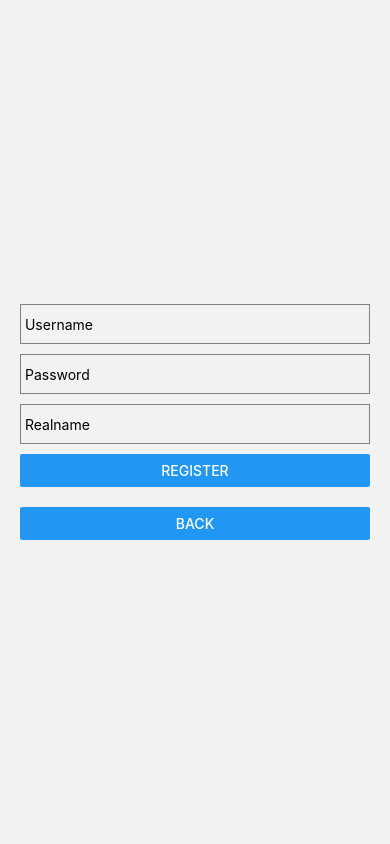
Repository: RidenShogunei/reactnative--make-an-app
Screen: /register (app in Myapp/)
These files come from the project's save history. The screen is drawn as it stood at one moment and after the next save; the edit follows.
The app was drawn by React Native's web renderer in a window 390 px wide. The project was rebuilt for these pictures with package versions that can differ from the ones it lists, and the page was loaded fresh each time. Also part of the build but not shown: Myapp/pages/main.jsx.

Above is the screen before, as saved 2024-04-20 20:50:12.

After the next save:
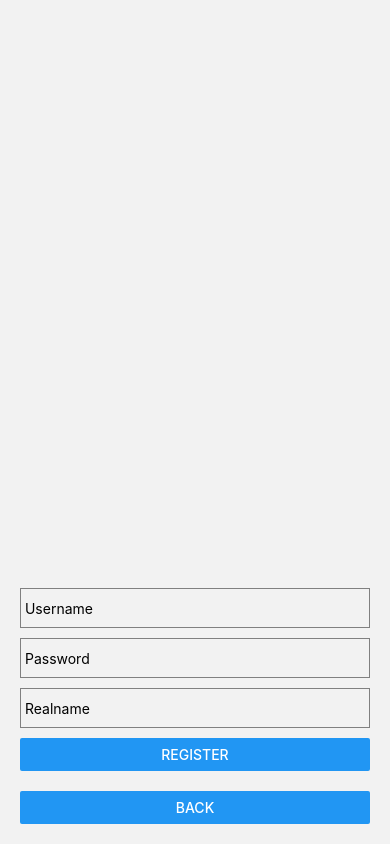
Saved 5 s later.
--- a/Myapp/pages/register.jsx
+++ b/Myapp/pages/register.jsx
@@ -29,7 +29,7 @@
 
   return (
     <View style={styles.container}>
-        <view></view>
+        <view style={styles.container}></view>
       <TextInput
         style={styles.input}
         placeholder=" Username"

After the save that followed:
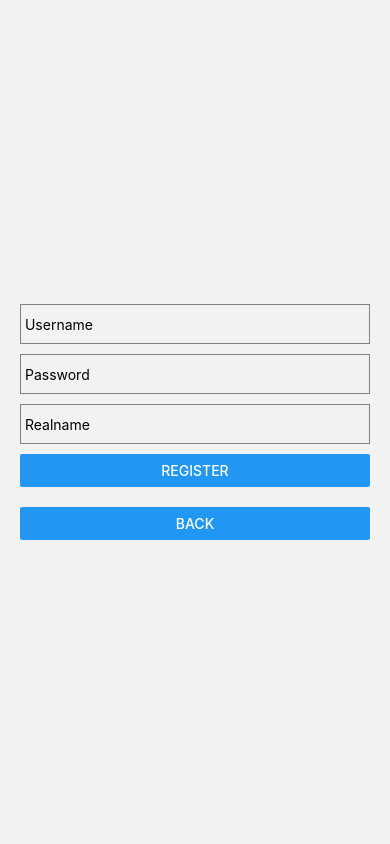
Saved 5 s later.
--- a/Myapp/pages/register.jsx
+++ b/Myapp/pages/register.jsx
@@ -29,7 +29,7 @@
 
   return (
     <View style={styles.container}>
-        <view style={styles.container}></view>
+        <view style={styles.title}></view>
       <TextInput
         style={styles.input}
         placeholder=" Username"
